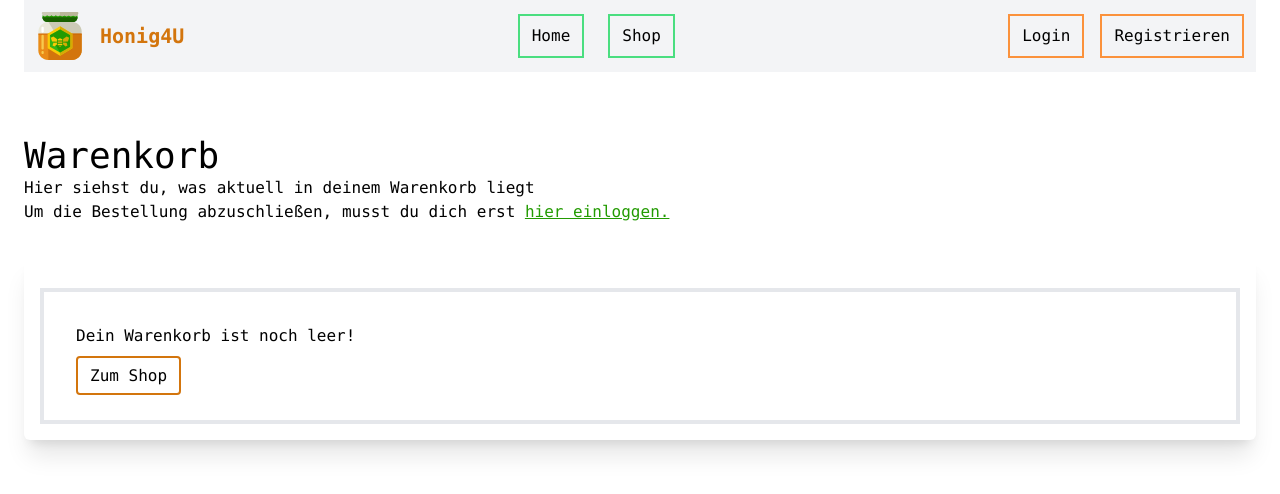
Repository: cainytheslave/PHPHonigShop
Page: http://localhost/warenkorb.php
These files come from the project's save history. The page is drawn as it stood at one moment and after the next save; the edit follows.
The browser window is 1280 px wide. The pictures show the whole page.
The page is run by PHP 8.4 with error messages shown; the project is at /var/www/html/. Style sheets and scripts are compiled from the project's sources, by tool versions that may differ from the author's.

Above is the page before, as saved 2022-03-11 02:04:55.

### warenkorb.php
<?php

session_start();

$produkte = require('core/produkte.php');
$einstellungen = require('core/einstellungen.php');

if (!isset($_SESSION['warenkorb'])) {
    $_SESSION['warenkorb'] = [];
}

if (isset($_POST['clear'])) {
    $_SESSION['warenkorb'] = [];
}

foreach ($produkte as $id => $produkt) {
    if (isset($_POST[$id])) {
        switch ($_POST[$id]) {
            case 'Entfernen':
                unset($_SESSION['warenkorb'][$id]);
                break;
            case 'Ändern':
                if (isset($_POST['count'])) {
                    $anzahl = intval($_POST['count']);
                    if ($anzahl <= 0) {
                        unset($_SESSION['warenkorb'][$id]);
                    } else {
                        $_SESSION['warenkorb'][$id] = $anzahl;
                    }
                } else {
                    $errors = ['Keine Anzahl definiert.'];
                    break;
                }
        }

        header('Location: warenkorb.php');
    }
}

?>

<!DOCTYPE html>
<html lang="en">

<head>
    <meta charset="UTF-8">
    <meta http-equiv="X-UA-Compatible" content="IE=edge">
    <meta name="viewport" content="width=device-width, initial-scale=1.0">
    <title><?= $einstellungen['firma'] ?> Warenkorb</title>

    <?php include('includes/head.inc.php') ?>
</head>

<body class="px-6 font-mono">

    <?php include('includes/header.inc.php') ?>

    <main class="flex flex-col gap-8 py-16 mx-auto max-w-7xl">
        <?php if (isset($errors) && count($errors) > 0) : ?>
            <section class="w-full p-4 mx-auto bg-red-300 border-2 border-red-500 rounded-md shadow-xl">
                <?php foreach ($errors as $error) : ?>
                    <p class="text-lg font-semibold">Error: <?= $error ?></p>
                <?php endforeach; ?>
            </section>
        <?php endif; ?>

        <section>
            <h1 class="text-4xl">Warenkorb</h1>
            <p>Hier siehst du, was aktuell in deinem Warenkorb liegt</p>
            <?php if (!isset($_SESSION['user'])) echo '<p>Um die Bestellung abzuschließen, musst du dich erst <a class="underline text-honeygreen" href="login.php">hier einloggen.</a></p>'; ?>

        </section>

        <section class="w-full p-4 mx-auto bg-white rounded-md shadow-xl">
            <div class="flex flex-col px-8 py-8 mt-4 border-4">
                <?php if (empty($_SESSION['warenkorb'])) : ?>
                    <span class="">
                        <p class="mb-4">Dein Warenkorb ist noch leer!</p>
                        <a href="shop.php" class="px-3 py-2 border-2 rounded border-honey">Zum Shop</a>
                    </span>
                <?php else : ?>
                    <?php foreach ($_SESSION['warenkorb'] as $sorte => $anzahl) : ?>
                        <div class="flex items-center gap-3 px-3 py-3 my-3 bg-gray-200">
                            <img src="images/<?= $sorte ?>.png" class="w-24 h-24" alt="">
                            <div class="w-full">
                                <h2 class="mb-3 text-xl"><?= $produkte[$sorte]['name'] ?></h2>
                                <span class="flex flex-col items-center justify-between w-full gap-3 sm:flex-row">
                                    <form action="" method="POST">
                                        Menge: <input type="number" class="px-3 py-2 border-2 border-green-500" name="count" value="<?= $anzahl ?>">
                                        <input type="submit" class="px-3 py-2 border-2 border-green-500" name="<?= $sorte ?>" value="Ändern">
                                    </form>
                                    <form action="" method="POST">
                                        <input type="submit" class="px-3 py-2 border-2 border-red-500" name="<?= $sorte ?>" value="Entfernen">
                                    </form>
                                    <div class="flex items-center justify-end grow">
                                        <p class="px-3 py-2 text-xl bg-white">CHF <?= sprintf('%.2f', $produkte[$sorte]['preis'] * $anzahl) ?></p>
                                    </div>
                                </span>
                            </div>
                        </div>
                    <?php endforeach; ?>
                    <div class="flex flex-col items-center gap-3 px-3 py-3 my-3 bg-gray-200">
                        <div class="flex flex-col items-stretch w-full gap-2 mb-3">
                            <div class="border-t-2 border-black"></div>
                            <div class="border-t-2 border-black"></div>
                        </div>
                        <div class="flex items-center justify-between w-full">
                            <div class="flex gap-4">
                                <form action="" method="POST">
                                    <?= Komponente::button('Warenkorb löschen', 'clear') ?>
                                </form>
                                <?= Komponente::link('Bestellen', 'abschluss.php') ?>
                            </div>
                            <div class="flex items-center justify-end grow">
                                <?php
                                $gesamt = 0;
                                foreach ($_SESSION['warenkorb'] as $sorte => $anzahl) {
                                    $gesamt += $produkte[$sorte]['preis'] * $anzahl;
                                }
                                ?>
                                <span class="flex items-center gap-2">
                                    <p class="text-xl">Gesamt:</p>
                                    <p class="px-3 py-2 text-xl bg-white">CHF <?= sprintf('%.2f', $gesamt) ?></p>
                                </span>

                            </div>
                        </div>
                    </div>
                <?php endif; ?>
            </div>
        </section>
    </main>
</body>

</html>

### core/produkte.php
<?php

return [
    'akazie' => [
        'name' => 'Akazienhonig',
        'beschreibung' => 'Leckerer Akazienhonig, direkt abgezapft vom Akazienbaum deines Vertrauens.',
        'preis' => 8.5
    ],
    'heide' => [
        'name' => 'Heidehonig',
        'beschreibung' => 'Leckerer Heidehonig, ist seinen Preis wert denn es war eine Heidenarbeit!',
        'preis' => 12.5
    ],
    'klee' => [
        'name' => 'Kleehonig',
        'beschreibung' => 'Vierblättriger Kleehonig. Der sortenreine Blütenhonig mit einem milden Aroma.',
        'preis' => 6.5,
    ],
    'tannen' => [
        'name' => 'Tannenhonig',
        'beschreibung' => 'Leckerer Tannenhonig. Mit seinen würzig-kräftigen Aromen ein Genuss für jeden Feinschmecker.',
        'preis' => 10
    ]
];

### core/einstellungen.php
<?php

return [
    'firma' => 'Honig4U'
];

### includes/head.inc.php
<!-- Styling -->
<link rel="stylesheet" href="style.css">

<!-- AlpineJS (Javascript Framework für Mobiles Menu https://alpinejs.dev) -->
<script defer src="https://unpkg.com/alpinejs@3.x.x/dist/cdn.min.js"></script>

### includes/header.inc.php
<?php

require('core/Komponente.php');
$einstellungen = require('core/einstellungen.php');

?>

<!-- Header -->
<header class="w-full bg-gray-100" x-data="{open: false}">
    <!-- Desktop -->
    <div class="flex items-center justify-between px-3 py-3 mx-auto max-w-7xl">

        <!-- Logo -->
        <div class="flex items-center gap-4">
            <img src="images/logo.svg" class="w-12 h-12" alt="Logo">
            <p class="text-xl font-semibold text-honey"><?= $einstellungen['firma'] ?></p>
        </div>

        <!-- Navigation-->
        <div class="items-center hidden gap-6 sm:flex">
            <?= Komponente::link('Home', 'index.php', 'green') ?>
            <?= Komponente::link('Shop', 'shop.php', 'green') ?>
        </div>

        <!-- Warenkorb / Login -->
        <div class="flex items-center gap-4">
            <?php if (isset($_SESSION['user'])) : ?>

                <?= Komponente::link('<img src="images/basket.svg" class="w-8 h-8" alt="">', 'warenkorb.php') ?>

                <?= Komponente::link('<img src="images/logout.svg" class="w-8 h-8" alt="">', 'logout.php?to=login.php') ?>
            <?php else : ?>
                <?= Komponente::link('Login', 'login.php') ?>
                <?= Komponente::link('Registrieren', 'registrierung.php') ?>
            <?php endif; ?>
        </div>

        <!-- Mobile Trigger -->
        <img @click="open = !open" src="images/menu.svg" class="block w-10 h-10 sm:hidden" alt="">
    </div>

    <!-- Mobile Menu -->
    <div class="flex flex-col gap-3 px-3 border-t-2 sm:hidden" x-show="open" style="display:none">
        <!-- Navigation-->
        <?= Komponente::link('Home', 'index.php', 'green') ?>
        <?= Komponente::link('Shop', 'shop.php', 'green') ?>
    </div>
</header>

### core/Komponente.php
<?php

class Komponente
{

    static function link($text = "", $href = "", $border = "orange")
    {
        $classes = "text-center px-3 py-2 border-2 hover:bg-gray-200 active:scale-95 hover:scale-105 border-$border-400";
        return "<a href='$href' class='$classes'>$text</a>";
    }

    static function button($text = "", $name = "", $border = "orange")
    {
        $classes = "text-center cursor-pointer px-3 py-2 border-2 hover:bg-gray-200 active:scale-95 hover:scale-105 border-$border-400";
        return "<input type='submit' name='$name' class='$classes' value='$text' />";
    }

    static function input($type = "text", $placeholder = '', $name = '', $required = 'true')
    {
        $classes = "grow text-left px-3 py-2 border-2 active:scale-95 border-orange-400";
        return "<input type='$type' name='$name' required='$required' class='$classes' placeholder='$placeholder' />";
    }

    static function alert($error = true, $data)
    {
        if (count($data) <= 0) return '';

        $str = '<section class="w-full p-4 mx-auto mt-4 bg-green-300 border-2 border-green-500 shadow-xl">';
        if ($error) $str = '<section class="w-full p-4 mx-auto mt-4 bg-red-300 border-2 border-red-500 shadow-xl">';

        foreach ($data as $entry) {
            $str .= '<p class="text-lg font-semibold">' . $entry . '</p>';
        }

        $str .= '</section>';

        return $str;
    }
}

### tailwind.config.js
module.exports = {
    content: [
        "./*.{html,js,php}",
        "./core/*.php",
        "./includes/*.php"
    ],
    theme: {
        extend: {
            colors: {
                honey: '#d3750d',
                honeylight: '#d3ab05',
                honeygreen: '#239b02'
            }
        },
    },
    safelist: [{
            pattern: /border-(orange|green|red)-400/,
        },
        {
            pattern: /border-(green|red)-500/
        },
        {
            pattern: /bg-(green|red)-300/
        },
        {
            pattern: /cursor-pointer/
        },
        {
            pattern: /w-8/
        },
        {
            pattern: /h-8/
        }

    ],
    plugins: [],
}

### images/logo.svg
<?xml version="1.0" encoding="iso-8859-1"?>
<!-- Generator: Adobe Illustrator 19.0.0, SVG Export Plug-In . SVG Version: 6.00 Build 0)  -->
<svg version="1.1" id="Layer_1" xmlns="http://www.w3.org/2000/svg" xmlns:xlink="http://www.w3.org/1999/xlink" x="0px" y="0px"
	 viewBox="0 0 496.8 496.8" style="enable-background:new 0 0 496.8 496.8;" xml:space="preserve">
<path style="fill:#EAE9DA;" d="M472.4,403.2c0,56-46.4,92.8-102.4,92.8H128.4c-56,0-104-44.8-104-92.8V204.8
	C24.4,149.6,70,104,125.2,104h245.6c56,0,100.8,45.6,100.8,100.8v198.4H472.4z"/>
<path style="fill:#CCCAB6;" d="M128.4,104H370c56,0,102.4,41.6,102.4,97.6v197.6c0,56-46.4,97.6-102.4,97.6"/>
<path style="fill:#EA8B18;" d="M24.4,224v174.4c0,56,46.4,97.6,102.4,97.6H370c56,0,102.4-41.6,102.4-97.6V224H24.4z"/>
<path style="fill:#D3750D;" d="M128.4,496H370c56,0,102.4-41.6,102.4-97.6v-172L126,224.8"/>
<path style="fill:#F7CA4D;" d="M80.4,376.8c0,6.4-5.6,12-12,12l0,0c-6.4,0-12-5.6-12-12V247.2c0-6.4,5.6-12,12-12l0,0
	c6.4,0,12,5.6,12,12V376.8z"/>
<path style="fill:#FFFFFF;" d="M80.4,201.6c0,6.4-5.6,12-12,12l0,0c-6.4,0-12-5.6-12-12v-38.4c0-5.6,5.6-11.2,12-11.2l0,0
	c6.4,0,12,5.6,12,12V201.6z"/>
<path style="fill:#F7CA4D;" d="M80.4,423.2c0,6.4-5.6,12-12,12l0,0c-6.4,0-12-5.6-12-12v-8c0-6.4,5.6-12,12-12l0,0
	c6.4,0,12,5.6,12,12V423.2z"/>
<path style="fill:#239B02;" d="M430.8,52c0,26.4-21.6,52-48,52H114c-26.4,0-48-25.6-48-52l0,0c0-26.4,21.6-52,48-52h268
	C409.2,0,430.8,25.6,430.8,52L430.8,52z"/>
<path style="fill:#1A6000;" d="M430.8,53.6L430.8,53.6c0,26.4-21.6,50.4-48,50.4H114c-26.4,0-48-22.4-48-48.8l0,0"/>
<path style="fill:#CCCAB6;" d="M437.2,12c0-8-6.4-12-13.6-12H73.2c-8,0-13.6,4-13.6,12c0,4.8,2.4,8,5.6,10.4
	c2.4,13.6,14.4,23.2,28,23.2c8.8,0,16.8-4.8,22.4-11.2c5.6,6.4,12.8,10.4,22.4,10.4c8.8,0,16.8-4,22.4-10.4
	c5.6,6.4,12.8,10.4,22.4,10.4c8.8,0,16.8-4,22.4-10.4c5.6,6.4,12.8,10.4,22.4,10.4s16.8-4,22.4-10.4c5.6,6.4,12.8,10.4,22.4,10.4
	c9.6,0,16.8-4,22.4-10.4c5.6,6.4,12.8,10.4,22.4,10.4c8.8,0,16.8-4,22.4-10.4c5.6,6.4,12.8,10.4,22.4,10.4c8.8,0,16.8-4,22.4-10.4
	c5.6,6.4,12.8,10.4,22.4,10.4c14.4,0,25.6-9.6,28-23.2C434.8,20,437.2,16.8,437.2,12z"/>
<path style="fill:#BAB699;" d="M423.6,0H248.4v35.2c0,0,0-0.8,0.8-0.8c5.6,6.4,12.8,10.4,21.6,10.4c8.8,0,16.8-4,22.4-10.4
	c5.6,6.4,12.8,10.4,22.4,10.4c8.8,0,16.8-4,22.4-10.4c5.6,6.4,12.8,10.4,22.4,10.4c8.8,0,16.8-4,22.4-10.4
	c5.6,6.4,12.8,10.4,22.4,10.4c14.4,0,25.6-10.4,28-24c3.2-2.4,5.6-4.8,5.6-9.6C437.2,4,430.8,0,423.6,0z"/>
<rect x="24.4" y="224" style="fill:#C65E00;" width="448" height="8"/>
<polygon style="fill:#F9CA06;" points="376.4,376 248.4,452 120.4,376 120.4,224 248.4,147.2 376.4,224 "/>
<polyline style="fill:#D3AB05;" points="248.4,147.2 376.4,224 376.4,376 248.4,452 "/>
<polygon style="fill:#34B515;" points="352.4,359.2 248.4,418.4 144.4,359.2 144.4,240.8 248.4,180.8 352.4,240.8 "/>
<polyline style="fill:#239B02;" points="144.4,240.8 249.2,180.8 352.4,240.8 352.4,359.2 248.4,418.4 "/>
<g>
	<polygon style="fill:#F9CA06;" points="224.4,328 224.4,339.2 226,344 270.8,344 272.4,339.2 272.4,328 	"/>
	<polygon style="fill:#F9CA06;" points="272.4,296 272.4,283.2 248.4,272 224.4,283.2 224.4,296 	"/>
</g>
<g>
	<rect x="224.4" y="304" style="fill:#D3AB05;" width="48" height="16"/>
	<polygon style="fill:#D3AB05;" points="236.4,352 248.4,363.2 260.4,352 	"/>
</g>
<g>
	<polygon style="fill:#F9CA06;" points="216.4,280 216.4,308.8 166.8,305.6 153.2,265.6 179.6,253.6 	"/>
	<polygon style="fill:#F9CA06;" points="216.4,336.8 216.4,316 180.4,318.4 170.8,347.2 190,356 	"/>
</g>
<g>
	<polygon style="fill:#D3AB05;" points="280.4,280 280.4,308.8 330,305.6 343.6,265.6 317.2,253.6 	"/>
	<polygon style="fill:#D3AB05;" points="280.4,336.8 280.4,316 316.4,318.4 326,347.2 306.8,356 	"/>
</g>
<g>
</g>
<g>
</g>
<g>
</g>
<g>
</g>
<g>
</g>
<g>
</g>
<g>
</g>
<g>
</g>
<g>
</g>
<g>
</g>
<g>
</g>
<g>
</g>
<g>
</g>
<g>
</g>
<g>
</g>
</svg>

### images/menu.svg
<svg width="512px" height="512px" viewBox="0 0 512 512" xmlns="http://www.w3.org/2000/svg"><path fill="#000" d="M32 96v64h448V96H32zm0 128v64h448v-64H32zm0 128v64h448v-64H32z"/></svg>

Loaded but not shown: tailwind.css (common file)

After the next save:
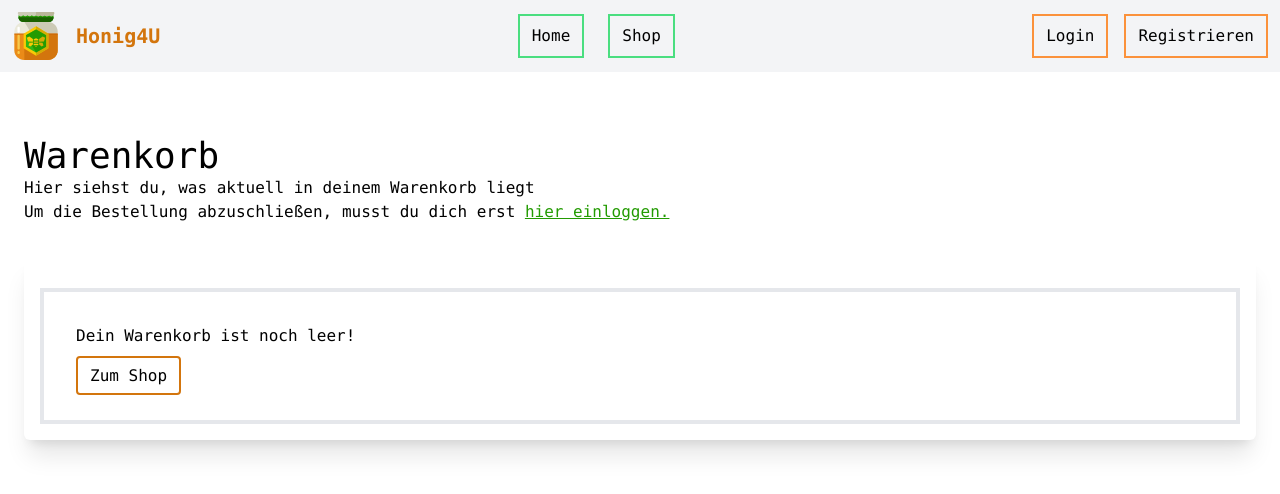
Saved 7 s later.
--- a/warenkorb.php
+++ b/warenkorb.php
@@ -51,11 +51,11 @@ foreach ($produkte as $id => $produkt) {
     <?php include('includes/head.inc.php') ?>
 </head>
 
-<body class="px-6 font-mono">
+<body class="font-mono">
 
     <?php include('includes/header.inc.php') ?>
 
-    <main class="flex flex-col gap-8 py-16 mx-auto max-w-7xl">
+    <main class="flex flex-col gap-8 px-6 py-16 mx-auto max-w-7xl">
         <?php if (isset($errors) && count($errors) > 0) : ?>
             <section class="w-full p-4 mx-auto bg-red-300 border-2 border-red-500 rounded-md shadow-xl">
                 <?php foreach ($errors as $error) : ?>
